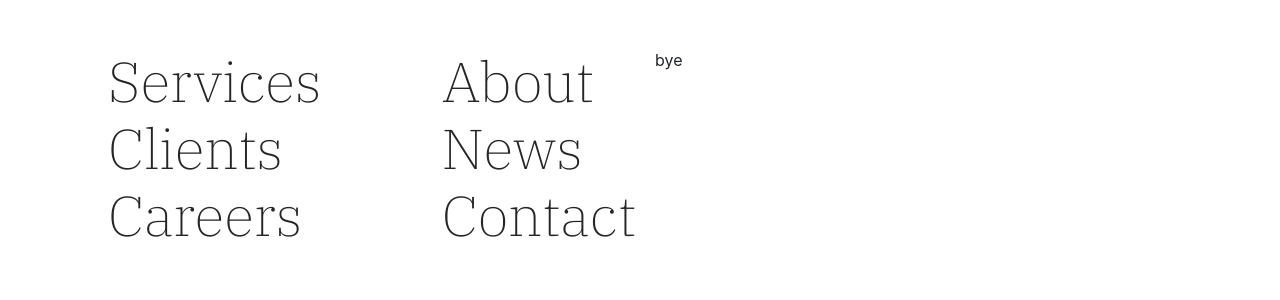
Repository: DeepaPrasanna/UenoClone
Page: /
These files come from the project's save history. The page is drawn as it stood at one moment and after the next save; the edit follows.
The browser window is 1280 px wide. The pictures show the whole page.
The project was rebuilt for these pictures with package versions that can differ from the ones it lists, and the page was loaded fresh each time. Also part of the build but not shown: src/components/Layout/Header.js.

Above is the page before, as saved 2021-05-04 11:09:40.

After the next save:
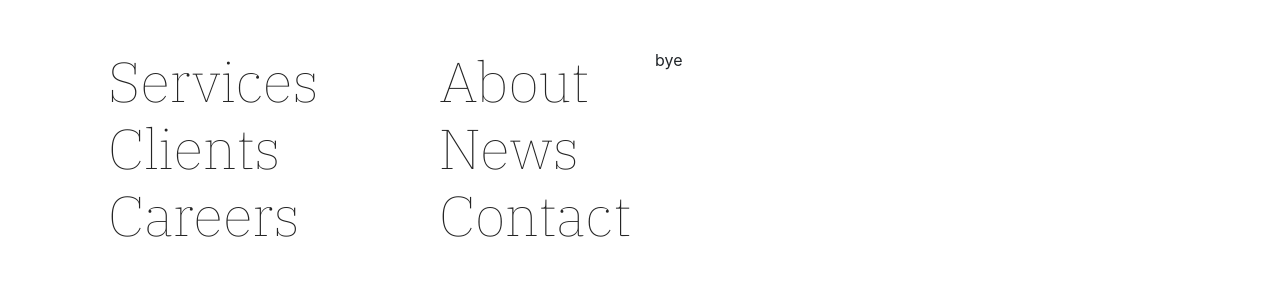
Saved 35 s later.
--- a/src/index.css
+++ b/src/index.css
@@ -1,4 +1,4 @@
-@import url("https://fonts.googleapis.com/css2?family=IBM+Plex+Serif:wght@200&display=swap");
+@import url("https://fonts.googleapis.com/css2?family=IBM+Plex+Serif:wght@100&display=swap");
 
 .contact-button {
   background-color: #cf3f74 !important;

After the save that followed:
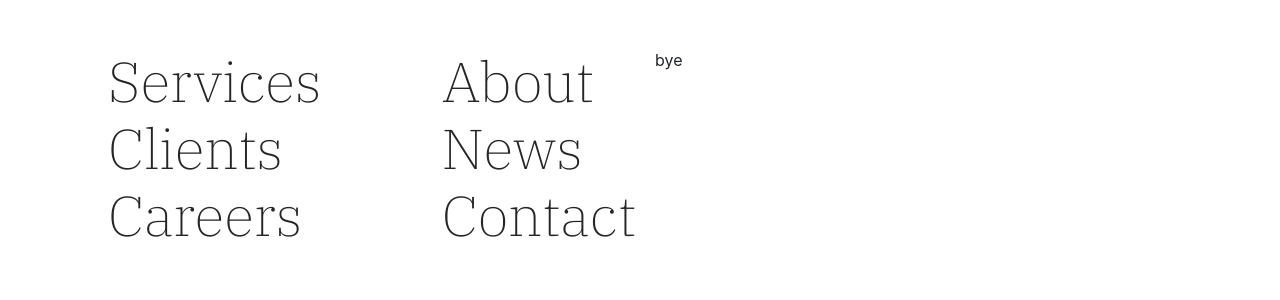
Saved 21 s later.
--- a/src/index.css
+++ b/src/index.css
@@ -1,4 +1,4 @@
-@import url("https://fonts.googleapis.com/css2?family=IBM+Plex+Serif:wght@100&display=swap");
+@import url("https://fonts.googleapis.com/css2?family=IBM+Plex+Serif:wght@200&display=swap");
 
 .contact-button {
   background-color: #cf3f74 !important;
